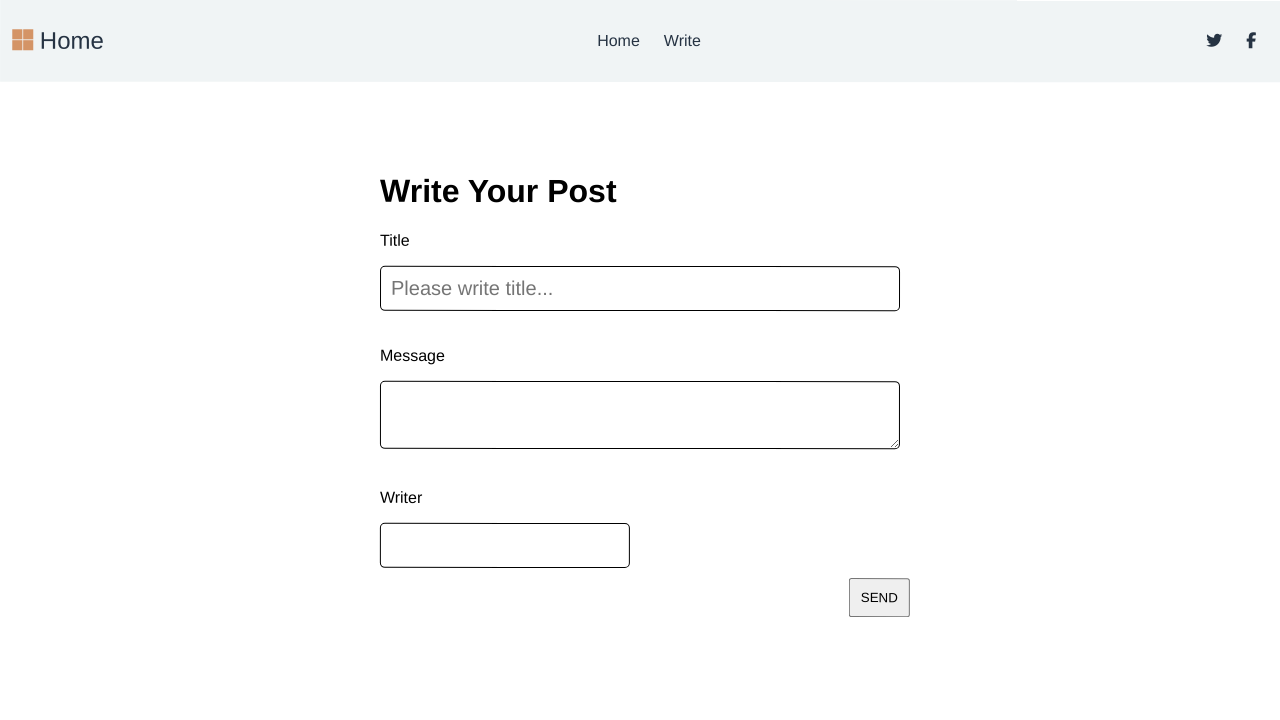
Repository: hhw12409/pracite-node.js
Page: http://localhost/write
An editor plug-in stored every save of this project. The page is shown before and after the next save, followed by the edit.
The browser window is 1280 px wide. The pictures show the whole page.
Some web fonts or font styles are not loaded; a fallback is used. Some web libraries are served in a nearby version. The page is served by the project's Node server (server.js).

Above is the page before, as saved 2022-05-03 01:18:15.

### views/write.ejs
<!DOCTYPE html>
<html>
<head>
  <meta charset="UTF-8">
  <meta http-equiv="X-UA-Compatible" content="IE=edge">
  <meta name="viewport" content="width=device-width, initial-scale=1.0">
  <link rel="stylesheet" href="/css/styles.css">
  <title>node.js practice</title>
</head>
<body>
  <%- include('nav.html')%>
  <div class="form-background">
    <div class="form-white">
      <form action="">
        <div class="w-100">
          <h1>Write Your Post</h1>
          <p>Title</p>
          <input type="email" class="form-input" placeholder="Please write title...">
        </div>

        <div class="w-100">
          <p>Message</p>
          <textarea cols="50" class="form-input">
          </textarea>
        </div>

        <div class="w-50">
          <p>Writer</p>
          <input type="text" class="form-input">
        </div>

        <div style="clear: both; float: none;"></div>

        <div>
          <button class="send-btn">SEND</button>
        </div>

      </form>
    </div>
  </div>
</body>
</html>

### views/nav.html
<!DOCTYPE html>
<html>
<head>
    <meta charset="UTF-8">
    <meta http-equiv="X-UA-Compatible" content="IE=edge">
    <meta name="viewport" content="width=device-width, initial-scale=1.0">
    <link rel="stylesheet" href="/css/styles.css">
    <link rel="preconnect" href="https://fonts.googleapis.com">
    <link rel="preconnect" href="https://fonts.gstatic.com" crossorigin>
    <title>Nav bar</title>
    <script
    src="https://kit.fontawesome.com/6478f529f2.js"
    crossorigin="anonymous">
    </script>
    <script src="/js/main.js" defer></script>
</head>
<body>
    <nav class="navbar">
        <div class="navbar__logo">
            <i class="fab fa-microsoft"></i>
            <a href="/">Home</a>
        </div>

        <ul class="navbar__menu">
            <li><a href="/">Home</a></li>
            <li><a href="/write">Write</a></li>
            <!-- <li><a href="">Weddings</a></li>
            <li><a href="">FAQ</a></li>
            <li><a href="">Bookings</a></li> -->
        </ul>

        <ul class="navbar__icons">
            <li><i class="fab fa-twitter"></i></li>
            <li><i class="fab fa-facebook-f"></i></li>
        </ul>

        <a href="#" class="navbar__togleBtn">
            <i class="fas fa-bars"></i>
        </a>
    </nav>
</body>
</html>

### server.js
const express = require('express');
const app = express();
require('dotenv').config()

const MongoClient = require('mongodb').MongoClient;
let db;
MongoClient.connect(process.env.DB_URL, { useUnifiedTopology: true } ,(err, client)=> {
  if(err) return console.log(err)
  db = client.db(process.env.Collection);

  // db.collection('posts').insertOne( {이름 : 'John', _id : 100} , function(err, result){
  //     console.log(`테스트저장완료 ${result}`);
  // });

  app.listen(process.env.PORT , function(){
    console.log("listening on server");
  });
})

// css middleware연동
app.use(express.static(__dirname + '/public'));

app.set('view engine', 'ejs');

require('dotenv').config()

app.get('/', (req, res)=> {
  res.render('index.ejs', {})
})

app.get('/html', (req, res)=> {
  res.render('html.ejs', {})
})

app.get('/css', (req, res)=> {
  res.render('css.ejs', {})
})

app.get('/javascript', (req, res)=> {
  res.render('javascript.ejs', {})
})

app.get('/write', (req, res)=> {
  res.render('write.ejs', {})
})

### public/css/styles.css
@import url("https://fonts.googleapis.com/css2?family=Source+Sans+Pro&display=swap");

@import "variables.css";

/* Components */
@import "components/nav-bar.css";

/* Screens */
@import "screens/write.css";

body{
  margin: 0;
  font-family: 'Source Sans Pro', sans-serif;
  transform: rotate(0.03deg);
}

div, input, textarea {
  box-sizing: border-box;
}

a {
  text-decoration: none;
  color:var(--text-color);
}

### public/js/main.js
const toggleBtn = document.querySelector('.navbar__togleBtn');
const menu = document.querySelector('.navbar__menu');
const icons = document.querySelector('.navbar__icons');

toggleBtn.addEventListener('click', ()=> {
    menu.classList.toggle('active');
    icons.classList.toggle('active');
});

### public/css/variables.css
:root {
  --text-color: #263343;
  --background-color: #f0f4f5 ;
  --accent-color: #d49466;
}

### public/css/components/nav-bar.css
.navbar {
  display: flex;
  justify-content: space-between;
  align-items: center;
  background-color: var(--background-color);
  padding: 8px 12px;
}

.navbar__logo {
  font-size: 24px;
  color: var(--text-color);
}

.navbar__logo i {
  color: var(--accent-color);
}

.navbar__menu {
  display: flex;
  list-style: none;
  padding-left: 0;
}

.navbar__menu li {
  padding : 8px 12px;
}

.navbar__menu li:hover {
  background-color: var(--accent-color);
  border-radius: 4px;
}

.navbar__icons {
  list-style: none;
  color:var(--text-color);
  display: flex;
  padding-left: 0;
}

.navbar__icons li {
  padding: 8px 12px;
}

.navbar__togleBtn {
  display: none;
  position: absolute;
  right: 32px;
  font-size: 24px;
  color: var(--accent-color);
}

@media screen and (max-width: 768px) {
  .navbar {
      flex-direction: column;
      align-items: flex-start;
      padding: 8px 24px;
  }

  .navbar__menu {
      display: none;
      flex-direction: column;
      align-items: center;
      width: 100%;
  }

  .navbar__menu li {
      width:100%;
      text-align: center;
  }

  .navbar__icons {
      display: none;
      justify-content: center;
      width: 100%;
  }

  .navbar__togleBtn {
      display: block;
  }

  .navbar__menu.active,
  .navbar__icons.active {
      display: flex;
  }
}

### public/css/screens/write.css
.form-background {
  padding: 30px;
}

.form-white {
  background-color: white;
  padding: 30px;
  width: 80%;
  max-width: 600px;
  margin: auto;
}

.form-input {
  width: 100%;
  padding: 10px;
  font-size: 20px;
  border: 1px solid black;
  border-radius: 5px;
}

.w-100 {
  width: 100%;
  padding: 10px;
}

.w-50 {
  width: 50%;
  float: left;
  padding: 10px;
}

.send-btn {
  padding: 10px;
  display: block;
  margin-left: auto;
}

After the next save:
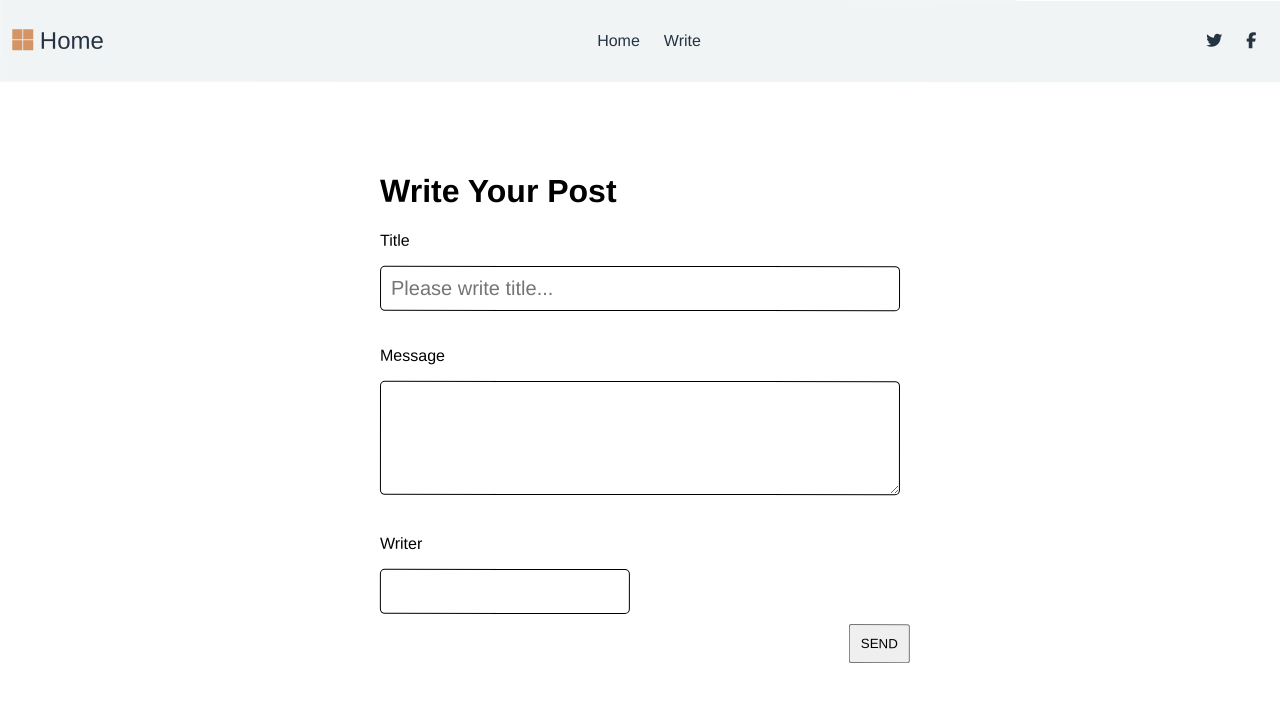
Saved 13 s later.
--- a/views/write.ejs
+++ b/views/write.ejs
@@ -20,7 +20,7 @@
 
         <div class="w-100">
           <p>Message</p>
-          <textarea cols="50" class="form-input">
+          <textarea cols="50" rows="4" class="form-input">
           </textarea>
         </div>
 
